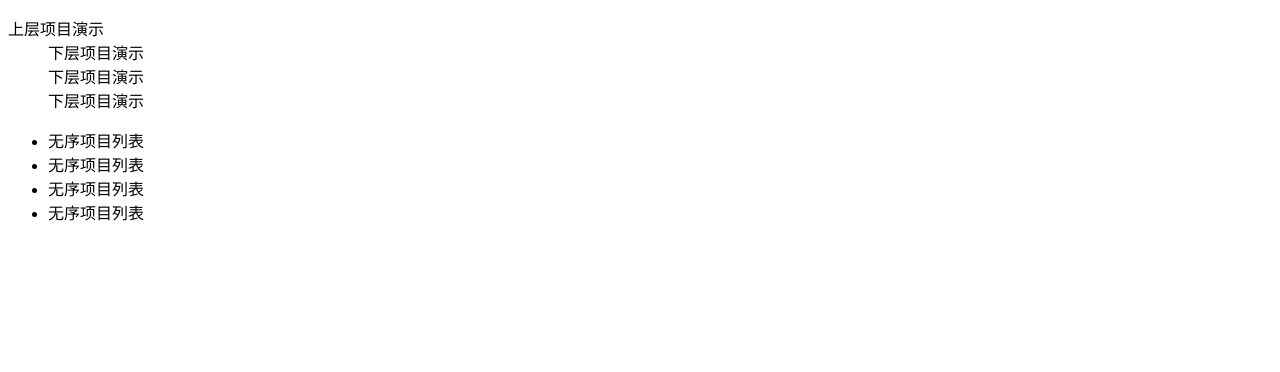
Repository: tangchengjingwen/javaLearningCode
Page: javaLearningCode/day29_html/list.html
These files come from the project's save history. The page is drawn as it stood at one moment and after the next save; the edit follows.
The browser window is 1280 px wide. The pictures show the whole page.

Above is the page before, as saved 2012-05-13 04:01:31.

After the next save:
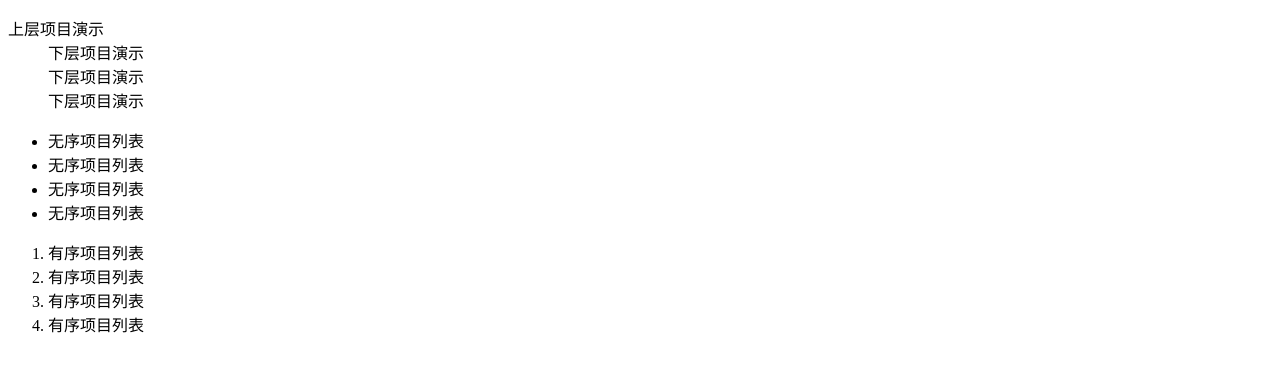
Saved 26 s later.
--- a/javaLearningCode/day29_html/list.html
+++ b/javaLearningCode/day29_html/list.html
@@ -40,7 +40,12 @@
 			<li>无序项目列表</li>
 		</ul>
 
-
+		<ol>
+			<li>有序项目列表</li>
+			<li>有序项目列表</li>
+			<li>有序项目列表</li>
+			<li>有序项目列表</li>
+		</ol>
 
 
 
